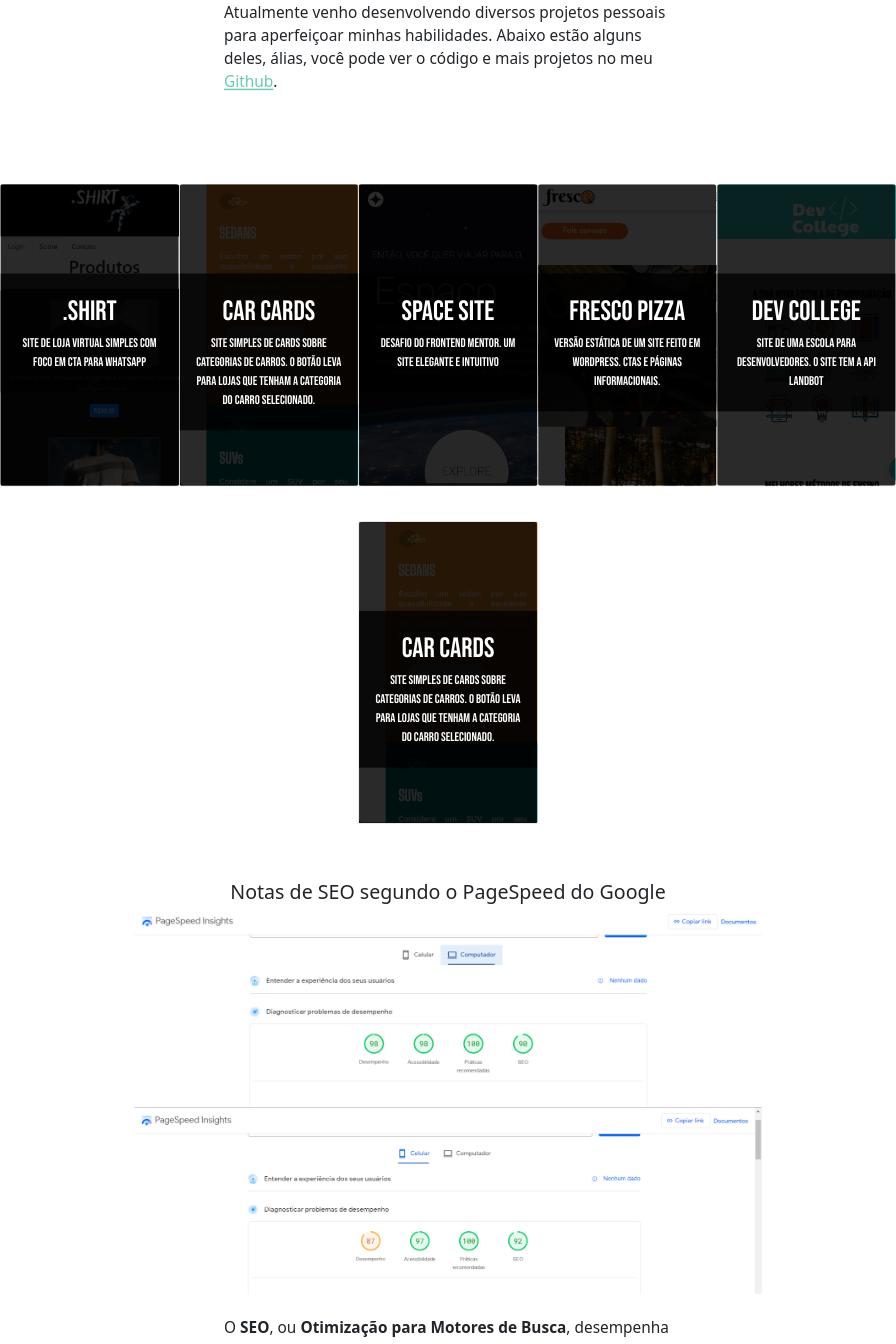
Repository: Leonngc/nicdev
Page: projects.html
An editor plug-in stored every save of this project. The page is shown before and after the next save, followed by the edit.
The browser window is 1280 px wide. The pictures show the part of the page from y = 384 to 2304 px (the page is 3317 px tall), at 70% of full size.
Some web libraries are served in a nearby version.

Above is the page before, as saved 2023-06-29 13:56:54.

After the next save:
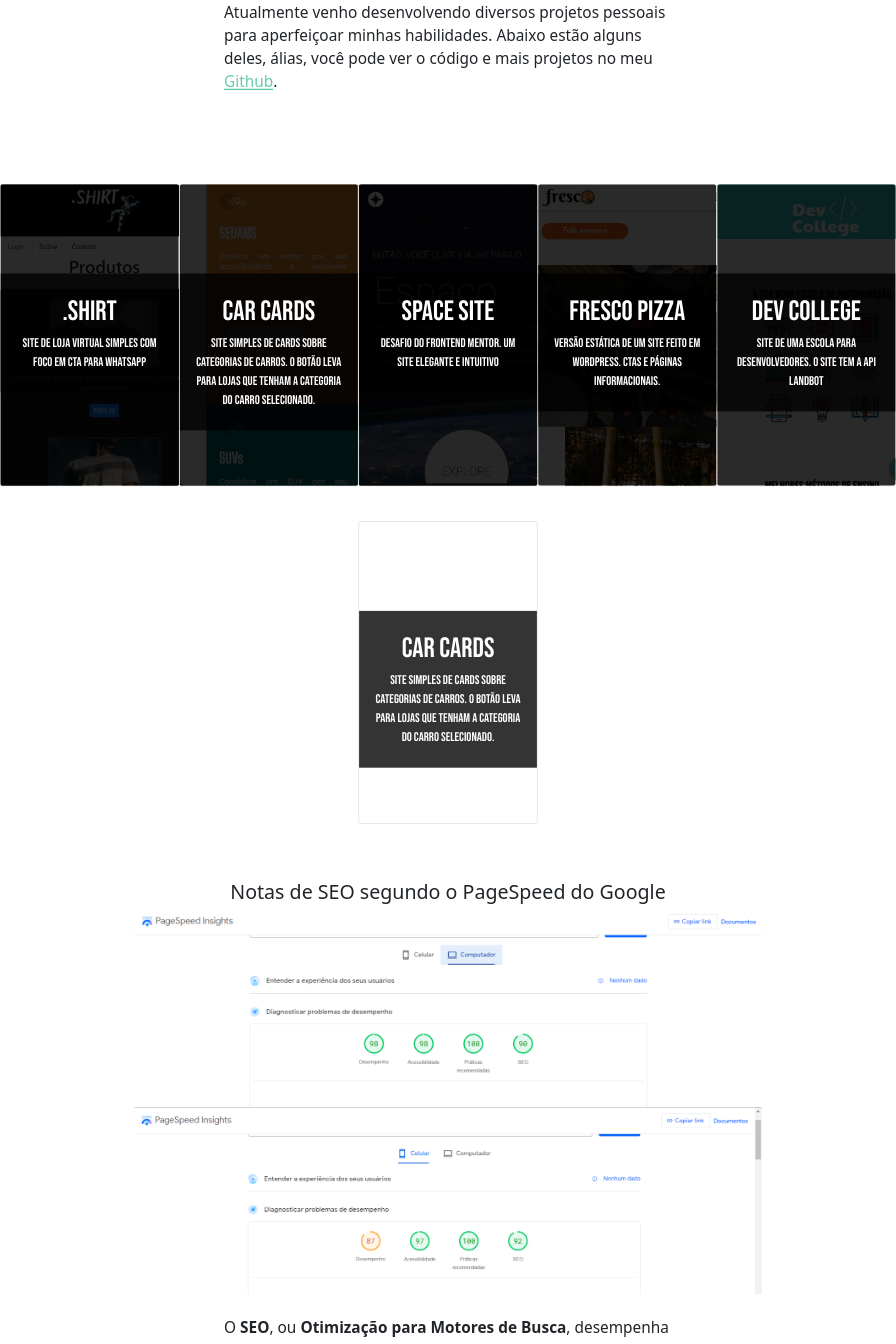
Saved 7 s later.
--- a/projects.html
+++ b/projects.html
@@ -171,7 +171,7 @@
         </a>
 
         <a href="https://advsite.netlify.app/" target="_blank">
-          <div class="card" id="card-1">
+          <div class="card" id="card-5">
             <div class="info-card">
               <h3>
                 Car Cards
